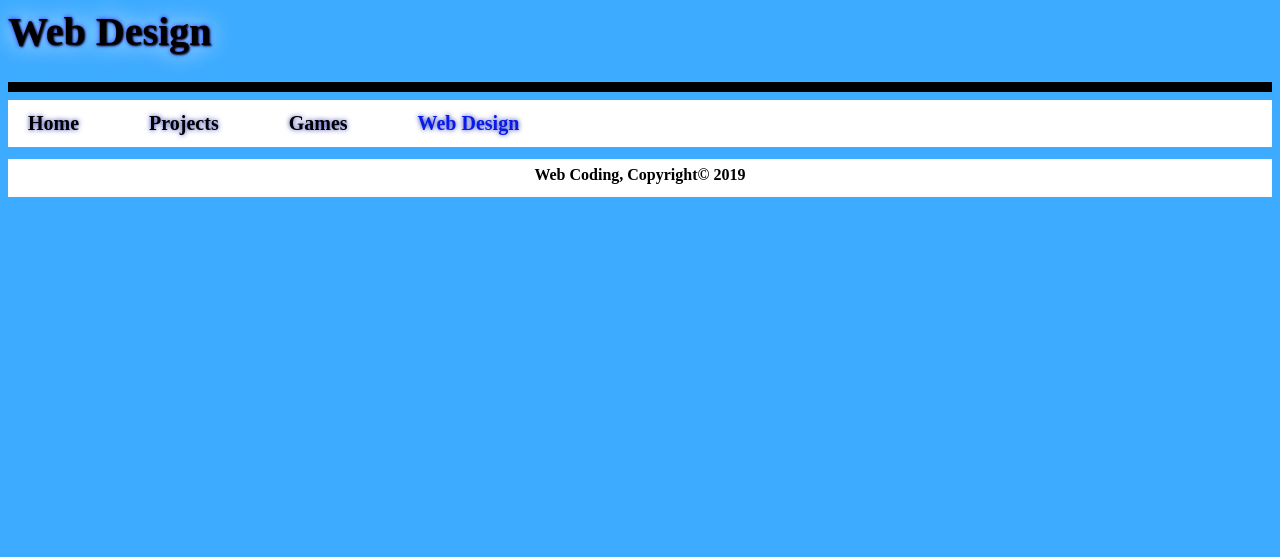
Repository: raidrn/raidrn.github.io
Page: web.html
The author's editor kept a record of every edit. The page is drawn from the files as they stood at one moment, then again after the next edit.
The browser window is 1280 px wide. The pictures show the whole page.

Above is the page before.

After the next edit:
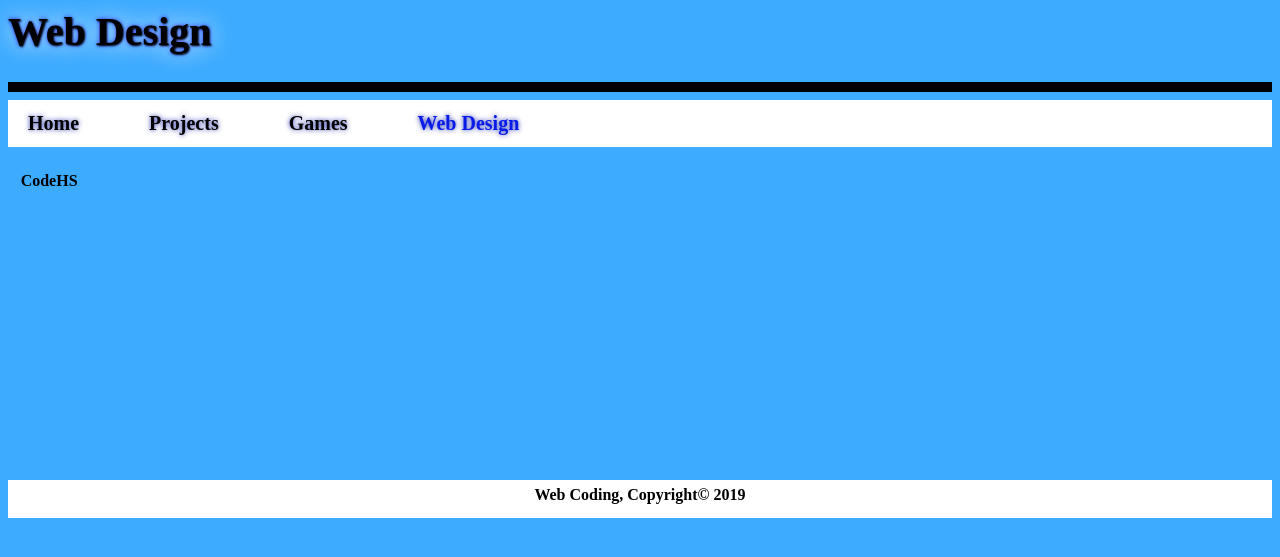
The edit:
--- a/web.html
+++ b/web.html
@@ -29,7 +29,10 @@
         </div>
     </header>
 
-
+    <div class="webless">
+        <a><img></a>
+        <a>CodeHS</a>
+    </div>
 
 </body>
 
